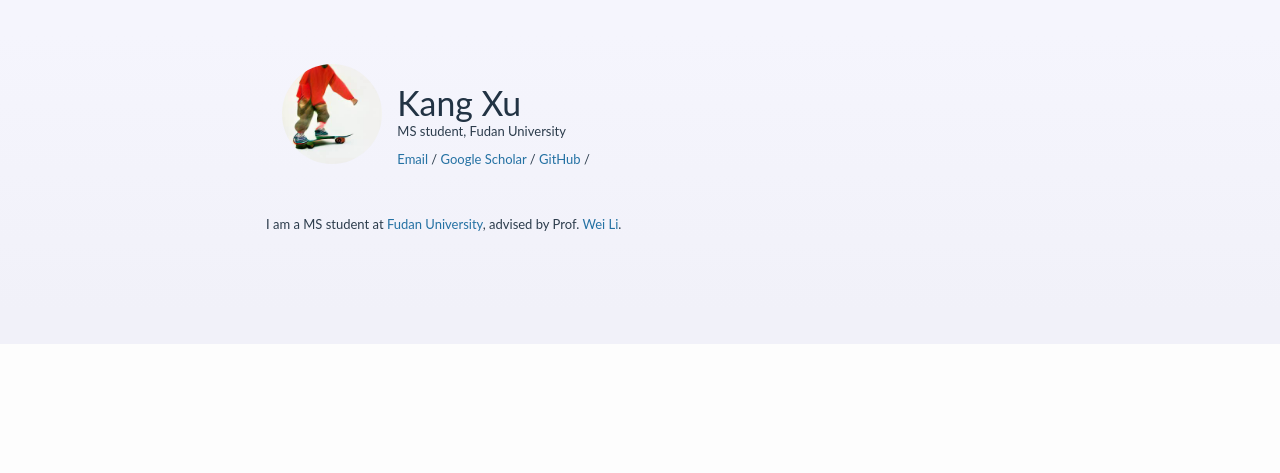
Repository: Kavka1/kang-xu.github.io
Page: index.html
These files come from the project's save history. The page is drawn as it stood at one moment and after the next save; the edit follows.
The browser window is 1280 px wide. The pictures show the whole page.

Above is the page before, as saved 2023-05-19 11:18:35.

After the next save:
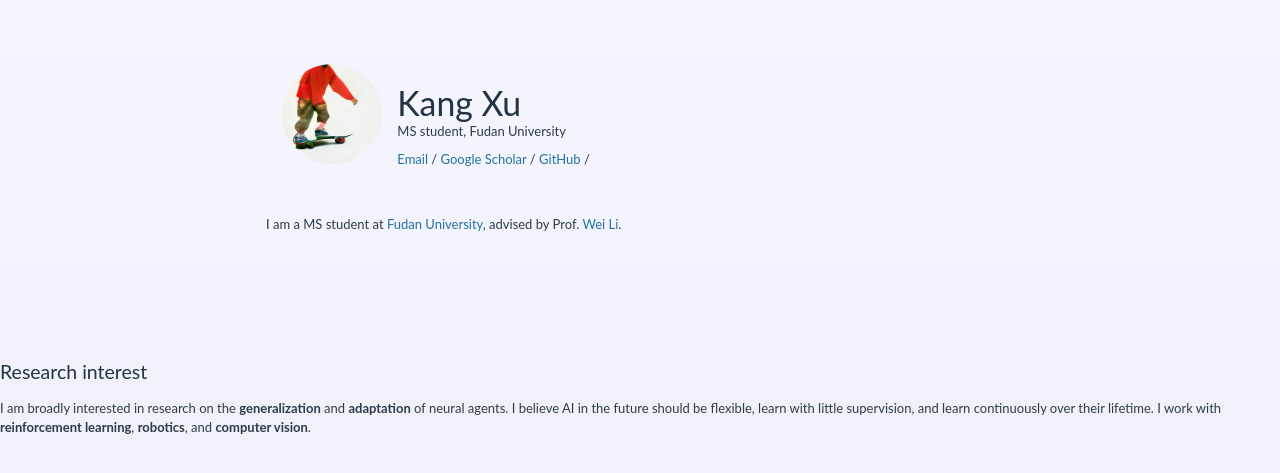
Saved 36 s later.
--- a/index.html
+++ b/index.html
@@ -49,4 +49,10 @@
             </p>
         </div>
     </div>
+    <div>
+        <h2 class="noselect">Research interest</h2>
+        <p>
+            I am broadly interested in research on the <span class="bold">generalization</span> and <span class="bold">adaptation</span> of neural agents. I believe AI in the future should be flexible, learn with little supervision, and learn continuously over their lifetime. I work with <span class="bold">reinforcement learning</span>, <span class="bold">robotics</span>, and <span class="bold">computer vision</span>.
+        </p>
+    </div>
 </div>
